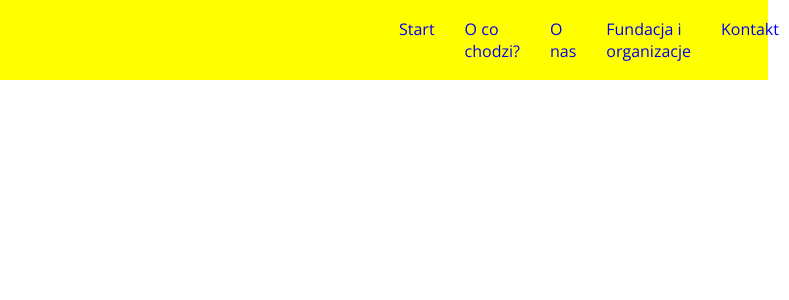
Repository: artwol993/Oddam_w_dobre_rece
Page: /
These files come from the project's save history. The page is drawn as it stood at one moment and after a run of saves; the edit follows.
The browser window is 768 px wide. The page is 789 px wide, then 768 px, so the pictures cover 789 px, including what lies to the right of the window. The pictures show the whole page.
The project was rebuilt for these pictures with package versions that can differ from the ones it lists, and the page was loaded fresh each time.

Above is the page before, as saved 2020-12-06 09:46:47.

### public/index.html
<!DOCTYPE html>
<html lang="en">

<head>
  <meta charset="utf-8" />
  <link rel="icon" href="%PUBLIC_URL%/favicon.ico" />
  <meta name="viewport" content="width=device-width, initial-scale=1" />
  <meta name="theme-color" content="#000000" />
  <meta name="description" content="Web site created using create-react-app" />
  <link rel="preconnect" href="https://fonts.gstatic.com">
  <link href="https://fonts.googleapis.com/css2?family=Merriweather:wght@300;400;700;900&display=swap" rel="stylesheet">
  <link rel="preconnect" href="https://fonts.gstatic.com">
  <link href="https://fonts.googleapis.com/css2?family=Open+Sans:wght@300;400;600;700;800&display=swap"
    rel="stylesheet">
  <link rel="apple-touch-icon" href="%PUBLIC_URL%/logo192.png" />
  <!--
      manifest.json provides metadata used when your web app is installed on a
      user's mobile device or desktop. See https://developers.google.com/web/fundamentals/web-app-manifest/
    -->
  <link rel="manifest" href="%PUBLIC_URL%/manifest.json" />
  <!--
      Notice the use of %PUBLIC_URL% in the tags above.
      It will be replaced with the URL of the `public` folder during the build.
      Only files inside the `public` folder can be referenced from the HTML.

      Unlike "/favicon.ico" or "favicon.ico", "%PUBLIC_URL%/favicon.ico" will
      work correctly both with client-side routing and a non-root public URL.
      Learn how to configure a non-root public URL by running `npm run build`.
    -->
  <title>React App</title>
</head>

<body>
  <noscript>You need to enable JavaScript to run this app.</noscript>
  <div id="root"></div>
  <!--
      This HTML file is a template.
      If you open it directly in the browser, you will see an empty page.

      You can add webfonts, meta tags, or analytics to this file.
      The build step will place the bundled scripts into the <body> tag.

      To begin the development, run `npm start` or `yarn start`.
      To create a production bundle, use `npm run build` or `yarn build`.
    -->
</body>

</html>

### src/index.js
import React from 'react';
import ReactDOM from 'react-dom';
import App from './App';
import "./scss/main.scss"

ReactDOM.render(
  <React.StrictMode>
    <App />
  </React.StrictMode>,
  document.getElementById('root')
);

### src/App.js
import React from 'react';
import { BrowserRouter as Router, Switch, Route } from 'react-router-dom';
import './scss/main.scss';
import Navbar from './components/Navbar';
import Home from './components/pages/Home/Home';


function App() {
  return (
    <div className="body">
      <>
        <Router>
          <Navbar />
          <Switch>
            <Route path='/' exact component={Home} />

          </Switch>
        </Router>
      </>
    </div>
  );
}

export default App;

### src/scss/main.scss

//settings
@import "./settings/reset";
@import "./settings/colors";
@import "./settings/fonts";

//components
@import "./navbar";

.body {
    font-family: $font-base;
    color: $c-font1;
}

### src/components/Navbar.js
import React, { useState } from 'react';
import { Link } from 'react-router-dom';
import '../scss/navbar.scss'

function Navbar() {
    const [click, setClick] = useState(false);

    const handleClick = () => setClick(!click);
    const closeMobileMenu = () => setClick(false);

    return (
        <>

            <nav className="navbar">

                <div className="nav_container">
                    <div className="mobile_icon" onClick={handleClick}>
                        <i className={click ? "fas fa-times" : "fas fa-bars"} />

                        <ul className={click ? "nav_menu active" : "nav_menu"}>

                            <li className='nav_item'>
                                <Link to='/' className='nav_link' onClick={closeMobileMenu}>Start</Link>
                            </li>
                            <li className='nav_item'>
                                <Link to='/' className='nav_link' onClick={closeMobileMenu}>O co chodzi?</Link>
                            </li>
                            <li className='nav_item'>
                                <Link to='/' className='nav_link' onClick={closeMobileMenu}>O nas</Link>
                            </li>
                            <li className='nav_item'>
                                <Link to='/' className='nav_link' onClick={closeMobileMenu}>Fundacja i organizacje</Link>
                            </li>
                            <li className='nav_item'>
                                <Link to='/' className='nav_link' onClick={closeMobileMenu}>Kontakt</Link>
                            </li>
                        </ul>
                    </div>
                </div>

            </nav>

        </>

    );
}

export default Navbar

### src/components/pages/Home/Home.js
import React from 'react';


function Home() {
    return (
        <>


        </>
    )
}

export default Home

### src/scss/settings/_colors.scss
//main
$c-white: #ffff;
$c-black: #0000;

//background
$c-bg1: #f0f1f1;
$c-bg2: #fad648;

//fonts
$c-font1: #3c3c3c;
$c-fnt2: #737373;

//details
$c-divider: #1a1818;
$c-details: #5e5322;

### src/scss/settings/_fonts.scss
//styles
$font-base: "Open Sans", sans-serif;
$font-alt: "Merriweather", serif;

//weight
$fw-light: 300;
$fw-reg: 400;
$fw-sbold: 600;
$fw-bold: 700;
$fw-black: 900;

### src/scss/navbar.scss
@import "./settings/colors";
@import "./settings/fonts";

.nav_container {
    height: 80px;
    background: yellow;
    display: flex;
    // margin-top: -100px;
    align-items: center;
    justify-content: flex-end;
    position: sticky;
    top: 0;
    z-index: 999;
}

.nav_menu {
    display: flex;
    justify-content: space-between;
    width: 50vw;
    @media screen and (max-width: 960px) {



    }
}

.nav_item {
    list-style: none;
    margin: 5px;
    padding: 5px 10px;

    &:hover {
        padding: 4px 9px;
        border: solid 1px $c-font1;
    }
}

.nav_link {
    text-decoration: none;
    list-style: none;
    cursor: pointer;
}

Loaded but not shown: src/scss/settings/reset.scss (common file)

After the next 2 saves:
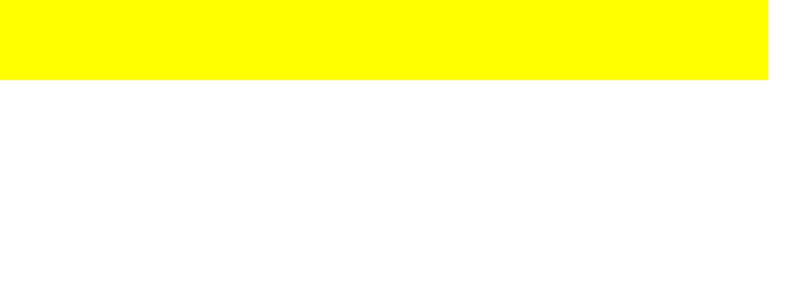
The 2 saves are shown as one change because they came seconds apart.
The last was saved 41 s later.
--- a/src/scss/navbar.scss
+++ b/src/scss/navbar.scss
@@ -18,9 +18,15 @@
     justify-content: space-between;
     width: 50vw;
     @media screen and (max-width: 960px) {
-
-
-
+        display: flex;
+        flex-direction: column;
+        width: 100%;
+        height: 90vh;
+        position: absolute;
+        top: 80px;
+        left: -100%;
+        opacity: 1;
+        transition: all 0.5s ease;
     }
 }
 
